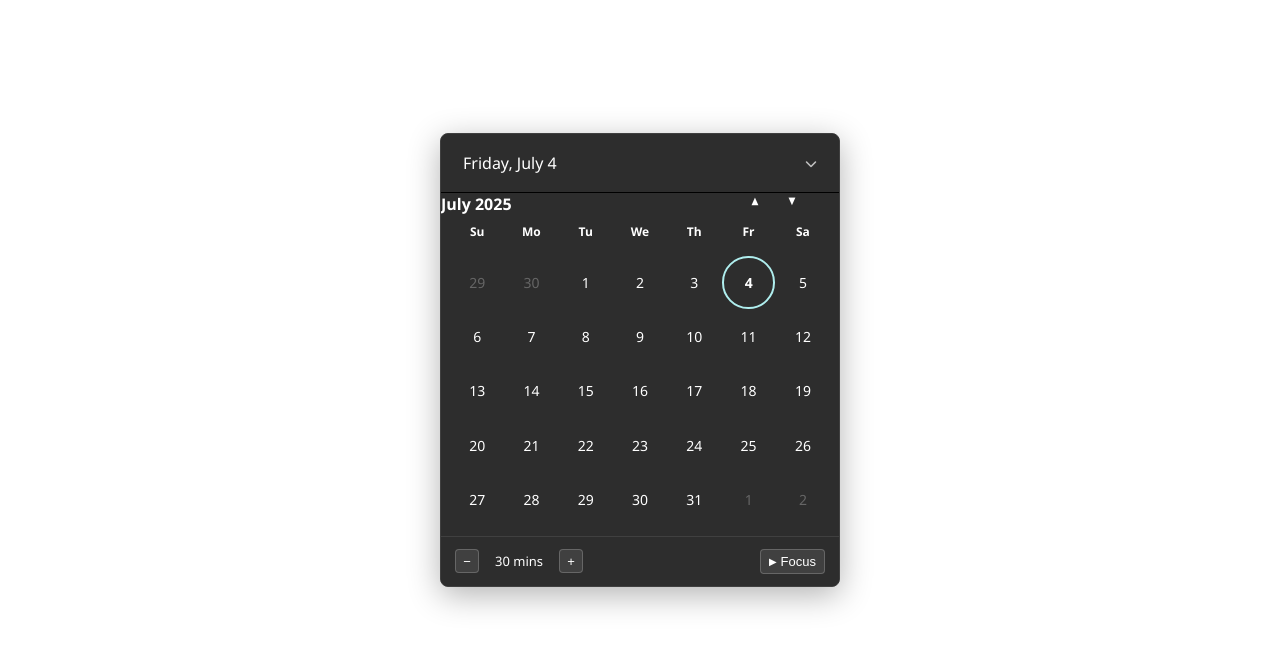
Repository: ThuTrang-jvb/JVB_BT2
Page: index.html
The author's editor kept a copy of each file at every save. The page is drawn from the files as they stood at one save, then again after the next save.
The browser window is 1280 px wide. The pictures show the whole page.

Above is the page before, as saved 2025-07-07 11:30:11.

After the next save:
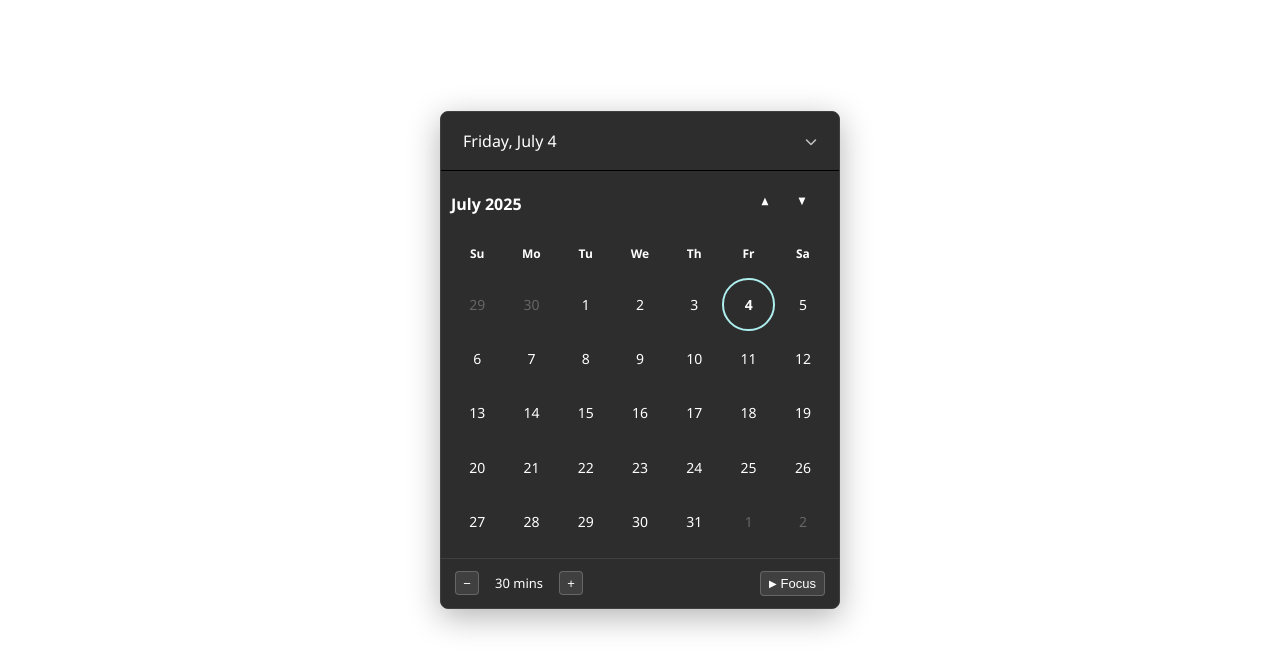
Saved 5 s later.
--- a/style.css
+++ b/style.css
@@ -58,7 +58,7 @@ body {
     align-items: center;
     justify-content: space-between;
     font-weight: 500;
-    padding: 22px 0 1;
+    padding: 22px 0 22px 10px;
     background: #2d2d2d;
 }
 
